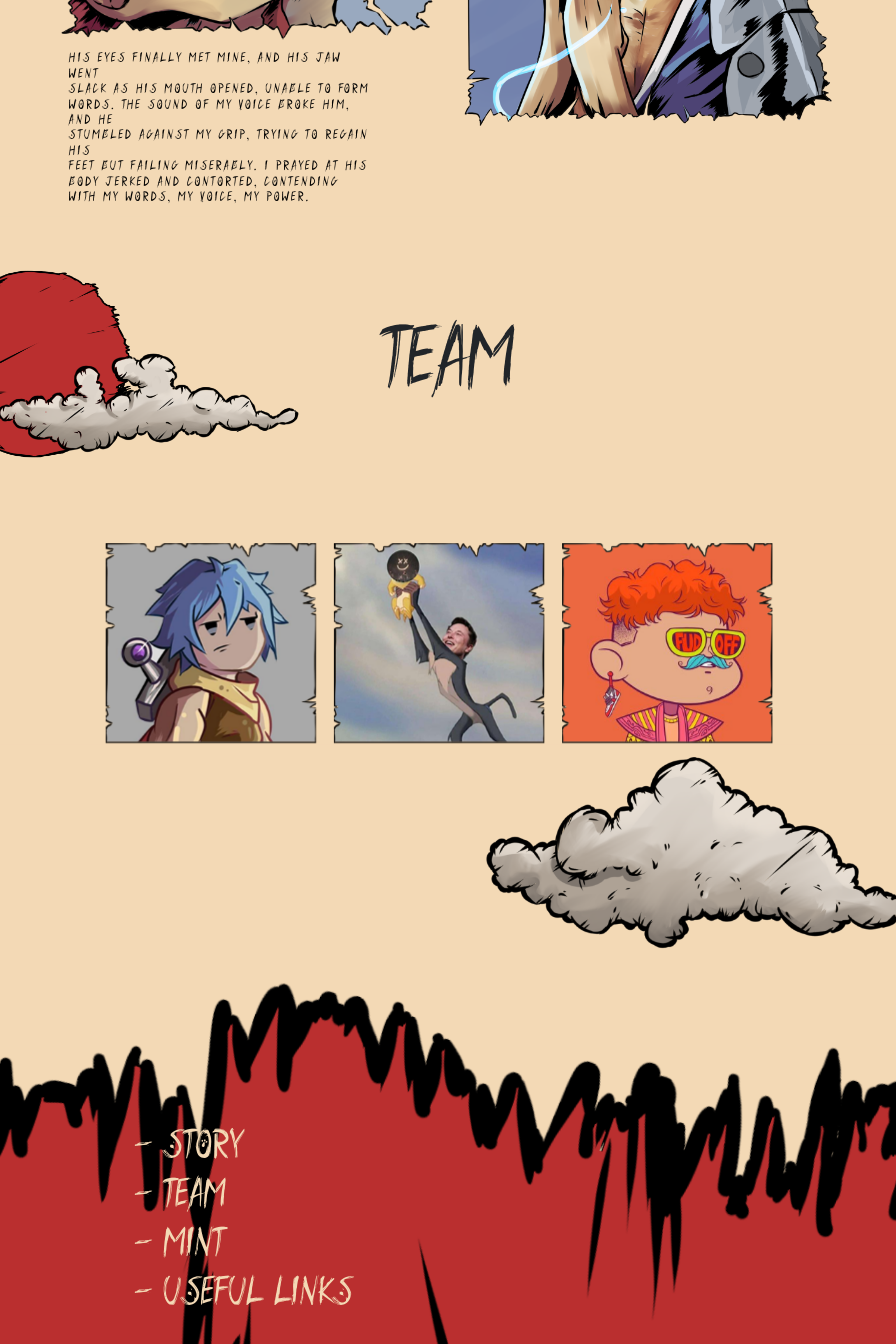
Repository: abzStudio/Kabuto-Web-notCompeleted
Page: index.html
These files come from the project's save history. The page is drawn as it stood at one moment and after a run of saves; the edit follows.
The browser window is 1280 px wide. The pictures show the part of the page from y = 2840 to 4760 px (the page is 4873 px tall before and 4917 px after), at 70% of full size.
Some web libraries are served in a nearby version.

Above is the page before, as saved 2023-03-16 03:06:09.

### index.html
<!doctype html>
<html lang="en">
  <head>
    <meta charset="utf-8">
    <meta name="viewport" content="width=device-width, initial-scale=1">
    <title>kabuto</title>
    <link rel="icon" type="image/x-icon" href="asset/images/favicon.ico">
    <link rel="stylesheet" href="asset/style.css">
    <link href="https://cdn.jsdelivr.net/npm/bootstrap@5.2.3/dist/css/bootstrap.min.css" rel="stylesheet" integrity="sha384-rbsA2VBKQhggwzxH7pPCaAqO46MgnOM80zW1RWuH61DGLwZJEdK2Kadq2F9CUG65" crossorigin="anonymous">
  <meta http-equiv="Content-Security-Policy" content="block-all-mixed-content">
  </head>

  <body><script src="https://code.jquery.com/jquery-1.10.1.min.js"></script>

    <script src="https://cdn.jsdelivr.net/npm/bootstrap@5.2.3/dist/js/bootstrap.bundle.min.js" integrity="sha384-kenU1KFdBIe4zVF0s0G1M5b4hcpxyD9F7jL+jjXkk+Q2h455rYXK/7HAuoJl+0I4" crossorigin="anonymous"></script>
<!-- New Nav Bar -->
<button class="toggle-overlay menu-btn"></button>
<aside>
    <div class="outer-close toggle-overlay">
      <a class="close"><span></span></a>
    </div>

    <nav>
        <div id="pot">  <img src="asset/images/heroimage.png" class="menu_img fade-lefts" alt="cloud"></div>
        <div class="social_icons">
            <ul class="icons_ul">
               <li><a href= ""><img href= "" src="asset/images/icons/discord.png" class="iconset" alt="icon"></a></li>
              <li><a href= "https://twitter.com/KabutoNFT"><img src="asset/images/icons/twitter.png" class="iconset" alt="icon"></a></li>
          <!--
                <li><img href= "" src="asset/images/icons/opensea.png" class="iconset" alt="icon"></li>
                <li><img href= "" src="asset/images/icons/blur.png" class="iconset" alt="icon"></li>
                <li><img href= "" src="asset/images/icons/discord.png" class="iconset" alt="icon"></li>
                <li><img href= "" src="asset/images/icons/looks.png" class="iconset" alt="icon"></li>
                <li><img href= "" src="asset/images/icons/first.png" class="iconset" alt="icon"></li>
                <li><img href= "" src="asset/images/icons/twitter.png" class="iconset" alt="icon"></li>
                <li><img href= "" src="asset/images/icons/web.png" class="iconset" alt="icon"></li>
                <li><img href= "" src="asset/images/icons/x2y2.png" class="iconset" alt="icon"></li>
                <li><img href= "" src="asset/images/icons/etherscan.png" class="iconset" alt="icon"></li>   -->
            </ul>
        </div>
        <ul class="pointshead">
            <li><a class="js-anchor-link down" href="#story_section">- Story</a></li>
            <li><a class="js-anchor-link down" href="#team_section">- Team</a></li>
            <li><a class="js-anchor-link down" href="#">- Mint</a></li>
            <li><a class="js-anchor-link down" href="#footer_section">- Useful Links</a></li>
      </ul>
    </nav>
  </aside>
<!-- end -->

    <section class="hero-section sec_ani">
    <div class="container-fluid reveal">
        <div class="row">
            <div class="col-md-12 hero_col">
                <!-- <button type="button" class="btn btn-infos btn_custom">Utility</button> -->
            </div>
        </div>
    </div>
</section>
<section id="story_section" class="section_story text-center sec_ani">
    <div class="container-fluid">
        <div class="row reveal fade-top">
            <div class="col-md-4 iamge_ad">
                <img src="asset/images/cloud.png" class="cloud_c" alt="cloud">
            </div>
            <div class="col-md-4 story_col end_col">
                <h1 class="">Story</h1>
            </div>
            <div class="col-md-4 iamge_ad">
                <img src="asset/images/tree.png" class="tree_c" alt="trees">
            </div>
            </div>
            </div>
            <div class="container container_stry">
            <div class="row row_story_end reveal fade-bottom adj_row ">
            <div class="col-md-6 story_img">
                <img src="asset/images/story_1.png" alt="Story one">
            </div>
            <div class="col-md-6 story_img">
                <img src="asset/images/story_2.png" class="story_two" alt="Story two">
              <div class="div_text">
                          <p class="text_p"> Looking down on him, I dont feel any remorse, its <br/>almost like I enjoyed the moment. Striking my <br/>blade through his chest. It felt awkwardly good...<br/> I guess it was the culmination of everything that <br/>
                        had happened. The culmination of my training, my <br/>efforts, my life.  He used to dream of being a king,<br/> but now he knows that was never his destiny.</p>
</div>
            </div>
        </div>
        <div class="row reveal fade-left" >
            <div class="col-md-12 story_img">
                <img src="asset/images/story_3.png" class="story_three" alt="Story three">
            </div>
            </div>
            <div class="row row_story_end reveal fade-right last_set">
                <div class="col-md-6 story_img">
                    <img src="asset/images/story_4.png" class="image_star" alt="Story four">
                    <div class="div_texts">
                        <p class="text_p">His eyes finally met mine, and his jaw went <br/>slack as his mouth opened, unable to form <br/>
                          words. The sound of my voice broke him, and he<br/> stumbled against my grip, trying to regain his<br/>
                           feet but failing miserably. I prayed at  his body jerked and contorted, contending with my words, my voice, my power.</p>
        </div>
                </div>
                <div class="col-md-6 story_img">
                    <img src="asset/images/story_5.png" alt="Story five">

                </div>
            </div>
    </div>
</section>
<section id="team_section" class="section_story text-center sec_ani">
    <div class="container-fluid reveal fade-bottom">
        <div class="row reveal fade-top">
            <div class="col-md-4 iamge_ad">
                <img src="asset/images/suncloud.png" class="cloud_c" alt="cloud">
            </div>
            <div class="col-md-4 story_col teamhead end_col">
                <h1 class="">Team</h1>
            </div>
            <div class="col-md-4 iamge_ad">
            </div>
            </div>
            <div class="row reveal fade-left">
              <div class="contan_images">
                <div class="box">
                  <div class="imgBx">
                    <img src="asset/images/Bileth.png">
                  </div>
                  <div class="content">
                    <div class="contentset">
                      <a href="https://twitter.com/bilethh" target="_blank" rel="noopener noreferrer">          <h2>Bileth</h2> </a>
                      <p>Founder</p>
                    </div>
                  </div>
                </div>
                <div class="box">
                  <div class="imgBx">
                    <img src="asset/images/Budguy.png">
                  </div>
                  <div class="content">
                    <div class="contentset">
                      <a href="https://twitter.com/TRomail" target="_blank" rel="noopener noreferrer">        <h2>Budguy</h2> </a>
                      <p>Co-Founder</p>
                    </div>
                  </div>
                </div>
                <div class="box">
               <div class="imgBx">
                 <img src="asset/images/smshayan.png">
                  </div>
                  <div class="content">
                    <div class="contentset">
                      <a href="https://twitter.com/smshayan_eth" target="_blank" rel="noopener noreferrer">   <h2>Smshayan</h2>  </a>
                      <p>Developer</p>
                    </p>
                    </div>
                  </div>
                </div>

              </div>
                </div>

            </div>



        </section>

      <section id="footer_section" class="section_story text-center sec_ani">
          <div class="container-fluid footer_head">
            <div class="row reveal">
              <div class="col-md-12 iamge_ad">
                  <img src="asset/images/cloudredbg.png" class="cloud_c" alt="cloud">
              </div>
            </div>
        </div>
        <div class="container-fluid footer_head section_footer">
              <div class="row">
                <div class="col-sm-12 col-md-12 col-lg-12">
                  <ul>
                    <li><a class="js-anchor-link" href="#story_section">- Story</a></li>
                    <li><a class="js-anchor-link" href="#team_section">- Team</a></li>
                    <li><a class="js-anchor-link" href="#">- Mint</a></li>
                    <li><a class="js-anchor-link" href="#">- Useful Links</a></li>
              </ul>
                </div>
              </div>
              <div class="row rowicon">
                <div class="col-sm-12 col-md-12 col-lg-12 fend">
                  <div class="social_icons iconmob">
                    <ul class="icons_ul">
                      <li><a href=""><img href= "" src="asset/images/icons/discord.png" class="iconset" alt="icon">
                     </a></li>
                      <li><a href="https://twitter.com/KabutoNFT"><img src="asset/images/icons/twitter.png" class="iconset" alt="icon">
                      </a></li>

                      <!--  <li><img href= "" src="asset/images/icons/opensea.png" class="iconset" alt="icon"></li>
                        <li><img href= "" src="asset/images/icons/blur.png" class="iconset" alt="icon"></li>
                        <li><img href= "" src="asset/images/icons/discord.png" class="iconset" alt="icon"></li>
                        <li><img href= "" src="asset/images/icons/looks.png" class="iconset" alt="icon"></li>
                        <li><img href= "" src="asset/images/icons/first.png" class="iconset" alt="icon"></li>
                        <li><img href= "" src="asset/images/icons/web.png" class="iconset" alt="icon"></li>
                        <li><img href= "" src="asset/images/icons/x2y2.png" class="iconset" alt="icon"></li>
                        <li><img href= "" src="asset/images/icons/etherscan.png" class="iconset" alt="icon"></li> -->
                    </ul>
                </div>

                </div>
              </div>

        </div>
      </section>
</body>

<div class="loader"> <h1>Loading...</h1></div>


<script>
 jQuery($ => {
  $(window).on('load', () => {
    setTimeout(() => {
      $('.loader').fadeOut('fast', function() {
        $(this).remove();
      });
    }, 3000);
  });
});
    function reveal() {
  var reveals = document.querySelectorAll(".reveal");

  for (var i = 0; i < reveals.length; i++) {
    var windowHeight = window.innerHeight;
    var elementTop = reveals[i].getBoundingClientRect().top;
    var elementVisible = 150;

    if (elementTop < windowHeight - elementVisible) {
      reveals[i].classList.add("active");
    } else {
      reveals[i].classList.remove("active");
    }
  }
}

window.addEventListener("scroll", reveal);
$('aside ul li a').on('click', function(){
    $("aside").hide();
    $("aside").removeClass("open");
     $("aside").addClass("open");

});
// $('.js-anchor-link').click(function(e){
//   e.preventDefault();

//   var target = $($(this).attr('href'));
//   if(target.length){
//     var scrollTo = target.offset().top;
//     $('body, html').animate({scrollTop: scrollTo+'px'}, 1000);
//   }
// });
$('.js-anchor-link').click(function(){
  var target = $($(this).attr('href'));
 if(target.length){
  var scrollTo = target.offset().top;
    $("html, body").animate({ scrollTop: scrollTo+'px' }, 3000);
    return false;
  }

});
window.addEventListener("scroll", reveal);
$(function() {
    $('.toggle-overlay').click(function() {
      $('aside').toggleClass('open');
    });
    $('aside nav li a').click(function() {
      $('aside').toggleClass('open');
    });
  });

</script>
</html>

Loaded but not shown: asset/style.css (803 lines, source omitted)

After the next 2 saves:
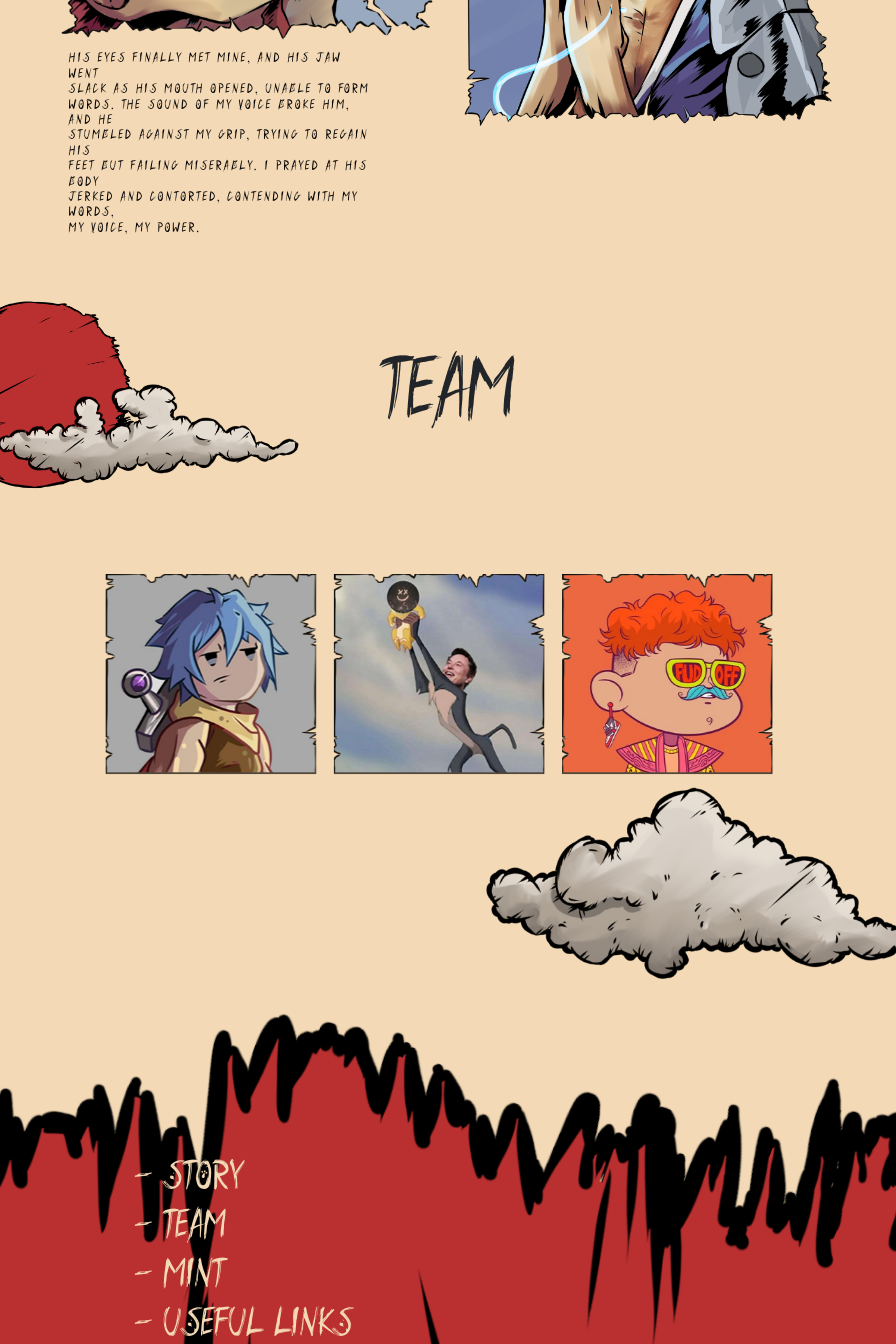
The 2 saves are shown as one change because they came seconds apart.
The last was saved 11 s later.
--- a/index.html
+++ b/index.html
@@ -95,7 +95,7 @@
                     <div class="div_texts">
                         <p class="text_p">His eyes finally met mine, and his jaw went <br/>slack as his mouth opened, unable to form <br/>
                           words. The sound of my voice broke him, and he<br/> stumbled against my grip, trying to regain his<br/>
-                           feet but failing miserably. I prayed at  his body jerked and contorted, contending with my words, my voice, my power.</p>
+                           feet but failing miserably. I prayed at  his body <br/>jerked and contorted, contending with my words,<br/> my voice, my power.</p>
         </div>
                 </div>
                 <div class="col-md-6 story_img">
